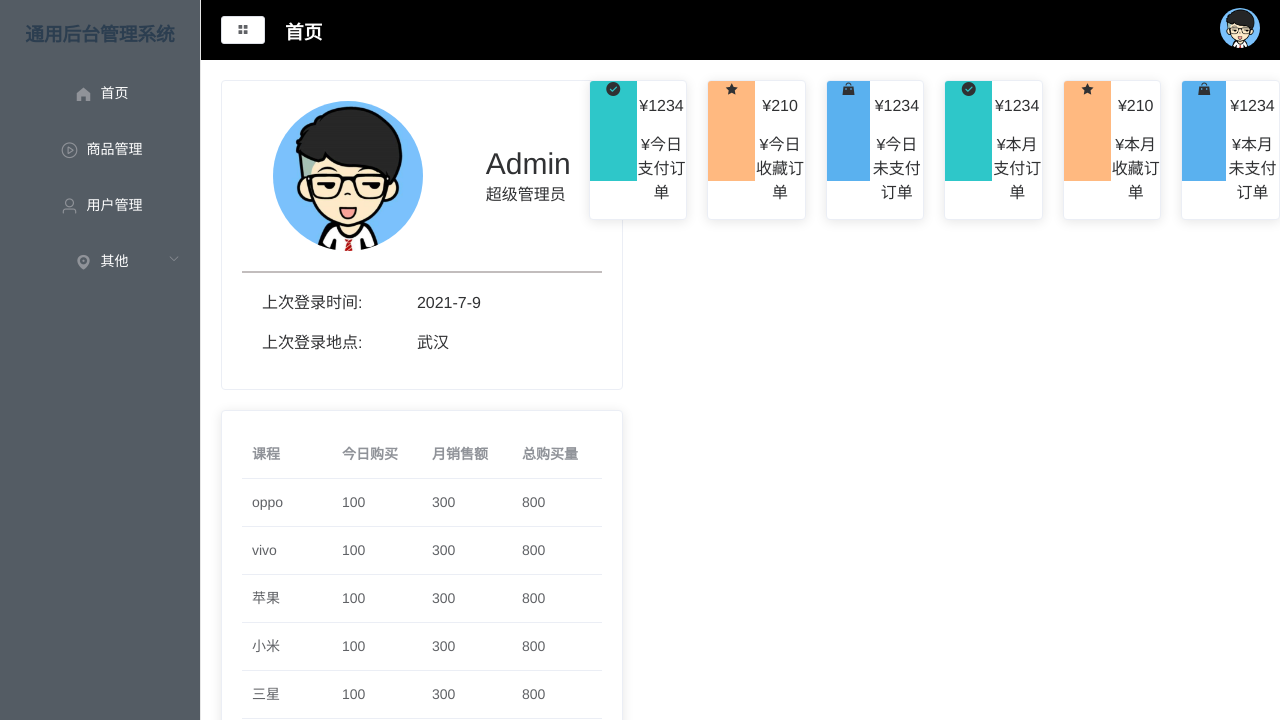
Repository: 385841539/VueStudy
Page: / (app in vue_cli/)
An editor plug-in stored every save of this project. The page is shown before and after the next save, followed by the edit.
The browser window is 1280 px wide. The pictures show the whole page.
An inner scrolling area shows only its first screen. The project was rebuilt for these pictures with package versions that can differ from the ones it lists, and the page was loaded fresh each time. Also part of the build but not shown: vue_cli/vue.config.js.

Above is the page before, as saved 2022-01-13 14:39:07.

### vue_cli/public/index.html
<!DOCTYPE html>
<html lang="">

<head>
  <meta charset="utf-8">
  <meta http-equiv="X-UA-Compatible" content="IE=edge">
  <meta name="viewport" content="width=device-width,initial-scale=1.0">
  <link rel="icon" href="<%= BASE_URL %>favicon.ico">
  <title>
    <%= htmlWebpackPlugin.options.title %>
  </title>
  <style>
    body {

      padding: 0px;
      margin: 0px;
      width: 100%;
      height: 100%;

    }
  </style>
</head>

<body>
  <noscript>
    <strong>We're sorry but <%= htmlWebpackPlugin.options.title %> doesn't work properly without JavaScript enabled.
        Please enable it to continue.</strong>
  </noscript>
  <div id="app"></div>
  <!-- built files will be auto injected -->
</body>

</html>

### vue_cli/src/main.js
import Vue from 'vue'
import App from './App.vue'
import './registerServiceWorker'
import router from './router'
import store from './store'

import ElementUI from 'element-ui';
import 'element-ui/lib/theme-chalk/index.css';

Vue.use(ElementUI);


Vue.config.productionTip = false



new Vue({
  router,
  store,
  render: h => h(App)
}).$mount('#app')

### vue_cli/src/App.vue
<template>
  <div id="app">
    <!-- <p>这是一个P段落</p>
    <el-button>按钮</el-button>
    <el-button type="info">信息</el-button>
    <el-radio v-model="radio" label="1">备选项1</el-radio>
    <el-radio v-model="radio" label="2">备选项1</el-radio>

    <div>
      <router-link to="/">去home组件</router-link>
      <router-link to="/about">去about组件</router-link>
    </div> -->

    <router-view></router-view>
  </div>
</template>
<script>


export default {
  data() {
    return {
      radio: "1",
    };
  },
};
</script>


<style lang="scss">
#app {
  font-family: Avenir, Helvetica, Arial, sans-serif;
  -webkit-font-smoothing: antialiased;
  -moz-osx-font-smoothing: grayscale;
  text-align: center;
  color: #2c3e50;
}

#nav {
  padding: 30px;

  a {
    font-weight: bold;
    color: #2c3e50;

    &.router-link-exact-active {
      color: #42b983;
    }
  }
}
</style>

### vue_cli/src/router/index.js
import Vue from 'vue'
import VueRouter from 'vue-router'
import Main from '../views/Main.vue'

Vue.use(VueRouter)

const routes = [
  {
    path: '/',
    name: 'main',
    component: Main,
    children: [

      {
        path: "/",
        name: "home",
        component: () => import('@/views/Home/Home')

      },
      {
        path: "/mall",
        name: "mall",
        component: () => import('@/views/Mall/Mall')

      },

    ]
  },
  {
    path: '/about',
    name: 'About',
    // route level code-splitting
    // this generates a separate chunk (about.[hash].js) for this route
    // which is lazy-loaded when the route is visited.
    component: () => import(/* webpackChunkName: "about" */ '../views/About.vue')
  }
]

const router = new VueRouter({
  mode: 'history',
  base: process.env.BASE_URL,
  routes
})

export default router

### vue_cli/src/store/index.js
import Vue from 'vue'
import Vuex from 'vuex'
import tab from "./tab"

Vue.use(Vuex)

export default new Vuex.Store({
  state: {
  },
  mutations: {
  },
  actions: {
  },
  modules: {
    tab
  }
})

### vue_cli/src/views/Main.vue
<template>
  <el-container style="height: 100vh">
    <el-aside width="auto">
      <CommonAside></CommonAside>
    </el-aside>
    <el-container>
      <el-header>
        <CommonHeader></CommonHeader>
      </el-header>
      <el-main>
        <router-view></router-view>
      </el-main>
    </el-container>
  </el-container>
</template>

<script>
// @ is an alias to /src
import CommonAside from "../components/CommonAside.vue";
import CommonHeader from "../components/CommonHeader.vue";

export default {
  name: "main",
  components: {
    CommonAside,
    CommonHeader,
  },
};
</script>
<style lang='scss' scoped>
.el-container {
  padding: 0px;
  max-width: 100%;
}
.el-aside {
  margin: 0px;
  padding: 0px;
}
.el-header {
  background-color: black;
  width: 100%;
  padding: 0%;
  margin: 0%;
}
.el-main {
  padding: 0px;
  height: 100%;
  width: 100%;
}
.router-view {
  padding: 0px;
  height: 100%;
  width: 100%;
}
</style>

### vue_cli/src/views/Home/Home.vue




<template>
  <div>
    <el-row :gutter="24">
      <el-col :span="8" style="margin-top: 20px">
        <el-card shadow="hover">
          <div class="user">
            <img :src="userImg" />
            <div class="userInfo">
              <p style="font-size: 30px">Admin</p>
              <p>超级管理员</p>
            </div>
          </div>

          <div class="loginInfo">
            <p>上次登录时间: <span>2021-7-9</span></p>
            <p>上次登录地点: <span>武汉</span></p>
          </div>
        </el-card>
        <el-card style="height: 470px; margin-top: 20px">
          <el-table :data="tableData">
            <el-table-column
              show-overflow-tooltip
              v-for="(value, key) in tableLabel"
              :key="key"
              :prop="key"
              :label="value"
            ></el-table-column>
          </el-table>
        </el-card>
      </el-col>
      <el-col :span="16" style="margin-top: 20px">
        <div class="num">
          <el-card
            shandow="hover"
            v-for="item in countData"
            :key="item.name"
            :body-style="{ display: 'flex', padding: 0 }"
          >
            <i
              class="icon"
              :class="`el-icon-${item.icon}`"
              :style="{ background: item.color }"
            ></i>
            <div>
              <p>¥{{ item.value }}</p>
              <p>¥{{ item.name }}</p>
            </div>
          </el-card>
        </div>
      </el-col>
    </el-row>
  </div>
</template>



<script>
export default {
  data() {
    return {
      userImg: require("../../assets/images/user.png"),
      tableData: [
        {
          name: "oppo",
          todayBuy: 100,
          monthBuy: 300,
          totalBuy: 800,
        },
        {
          name: "vivo",
          todayBuy: 100,
          monthBuy: 300,
          totalBuy: 800,
        },
        {
          name: "苹果",
          todayBuy: 100,
          monthBuy: 300,
          totalBuy: 800,
        },
        {
          name: "小米",
          todayBuy: 100,
          monthBuy: 300,
          totalBuy: 800,
        },
        {
          name: "三星",
          todayBuy: 100,
          monthBuy: 300,
          totalBuy: 800,
        },
        {
          name: "魅族",
          todayBuy: 100,
          monthBuy: 300,
          totalBuy: 800,
        },
      ],
      tableLabel: {
        name: "课程",
        todayBuy: "今日购买",
        monthBuy: "月销售额",
        totalBuy: "总购买量",
      },
      countData: [
        {
          name: "今日支付订单",
          value: 1234,
          icon: "success",
          color: "#2ec7c9",
        },
        {
          name: "今日收藏订单",
          value: 210,
          icon: "star-on",
          color: "#ffb980",
        },
        {
          name: "今日未支付订单",
          value: 1234,
          icon: "s-goods",
          color: "#5ab1ef",
        },
        {
          name: "本月支付订单",
          value: 1234,
          icon: "success",
          color: "#2ec7c9",
        },
        {
          name: "本月收藏订单",
          value: 210,
          icon: "star-on",
          color: "#ffb980",
        },
        {
          name: "本月未支付订单",
          value: 1234,
          icon: "s-goods",
          color: "#5ab1ef",
        },
      ],
    };
  },
};
</script>


<style  lang="scss" scoped>
// div {
//   background: blue;
//   height: 100%;
//   padding: 0px;
//   margin: 0px;
// }
.el-card {
  width: 400px;
  margin-left: 20px;
}

.user {
  display: flex;
  align-items: center;
  justify-content: space-around;
  border-bottom: 2px solid rgb(194, 189, 189);

  padding-bottom: 20px;
  .userInfo {
    text-align: start;

    p {
      margin: 0px;
    }
  }
  img {
    width: 150px;
    height: 150px;
    border-radius: 50%;
  }
}

.loginInfo {
  // background-color: yellowgreen;
  margin-top: 0px;
  text-align: start;
  padding-left: 20px;

  span {
    margin-left: 50px;
  }
}

.num {
  display: flex;
  padding: 0px;
  .icon{

width: 100px;
height: 100px;

  }
}
</style>

### vue_cli/src/store/tab.js
export default {


    state: {

        isCollapse: false

    },


    mutations: {

        collaspseMenu(state) {
            state.isCollapse = !state.isCollapse

        }



    }


}

### vue_cli/src/components/CommonAside.vue
<template>
  <el-menu
    class="el-menu-vertical-demo"
    :collapse="isCollapse"
    background-color="#545c64"
    text-color="#fff"
    active-text-color="#ffd04b"
  >
    <h3>{{ getName }}</h3>

    <el-menu-item
      :index="item.path"
      v-for="item in noChildren"
      :key="item.name"
      @click="clickMenu(item)"
    >
      <i :class="'el-icon-' + item.icon"></i>
      <span slot="title">{{ item.label }}</span>
    </el-menu-item>

    <el-submenu
      :index="item.label"
      v-for="item in hazChildren"
      :key="item.label"
    >
      <div slot="title">
        <i :class="'el-icon-' + item.icon"></i>
        <span>{{ item.label }}</span>
      </div>

      <el-menu-item-group>
        <el-menu-item
          v-for="(subItem, subIndex) in item.children"
          :index="subItem.path"
          :key="subIndex"
        >
          <i :class="'el-icon-' + subItem.icon"></i>
          <span slot="title">{{ subItem.label }}</span>
        </el-menu-item>
      </el-menu-item-group>
    </el-submenu>
  </el-menu>
</template>

<style>
.el-menu-vertical-demo:not(.el-menu--collapse) {
  width: 200px;
  height: 100%;
  min-height: 400px;
}

</style>


<script>
export default {
  data() {
    return {
      menu: [
        {
          path: "/",
          name: "home",
          label: "首页",
          icon: "s-home",
          url: "Home/Home",
        },
        {
          path: "/mall",
          name: "mall",
          label: "商品管理",
          icon: "video-play",
          url: "MallManage/MallManage",
        },
        {
          path: "/user",
          name: "user",
          label: "用户管理",
          icon: "user",
          url: "UserMange/UserMange",
        },
        {
          label: "其他",
          icon: "location",
          children: [
            {
              path: "/page1",
              name: "page1",
              label: "页面1",
              icon: "setting",
              url: "Other/PageOne",
            },
            {
              path: "/page2",
              name: "page2",
              label: "页面2",
              icon: "setting",
              url: "Other/PageTwo",
            },
          ],
        },
      ],
    };
  },
  methods: {
    clickMenu(item) {
      console.log(item);
      this.$router.push({ name: item.name });
    },
  },
  computed: {
    isCollapse() {
      return this.$store.state.tab.isCollapse;
    },
    getName() {
      if (this.isCollapse) return "后台";

      return "通用后台管理系统";
    },
    noChildren() {
      return this.menu.filter((item) => {
        console.log(item);
        return !item.children;
      });
    },
    hazChildren() {
      return this.menu.filter((item) => item.children);
    },
  },
};
</script>

### vue_cli/src/components/CommonHeader.vue
<template>
  <header>
    <div class="l-content">
      <el-button
        plain
        icon="el-icon-menu"
        size="mini"
        v-on:click="handleMenu"
      ></el-button>
      <h3 class="home-title">首页</h3>
    </div>

    <div class="r-content">
      <el-dropdown szie="mini" trigger="click">
        <span>
          <img :src="userImg" class="user" />
        </span>

        <el-dropdown-menu slot="dropdown">
          <el-dropdown-item>个人中心</el-dropdown-item>
          <el-dropdown-item>个人中心1</el-dropdown-item>
        </el-dropdown-menu>
      </el-dropdown>
    </div>
  </header>
</template>



<script>
export default {
  data() {
    return {
      userImg: require("../assets/images/user.png"),
    };
  },

  methods: {
    handleMenu() {
      this.$store.commit("collaspseMenu");
    },
  },
};
</script>


<style  lang="scss" scoped>
header {
  display: flex;
  height: 100%;
  width: 100%;
  align-items: center;
  justify-content: space-between;
  padding: 0;
  margin: 0;
}

.home-title {
  color: white;
}

.l-content {
  display: flex;
  align-items: center;
  margin-left: 20px;
  .el-button {
    margin-right: 20px;
  }
}

.r-content {
  .user {
    width: 40px;
    height: 40px;
    border-radius: 50%;
    margin-right: 20px;
  }
}
</style>

Loaded but not shown: vue_cli/src/registerServiceWorker.js (common file)

After the next save:
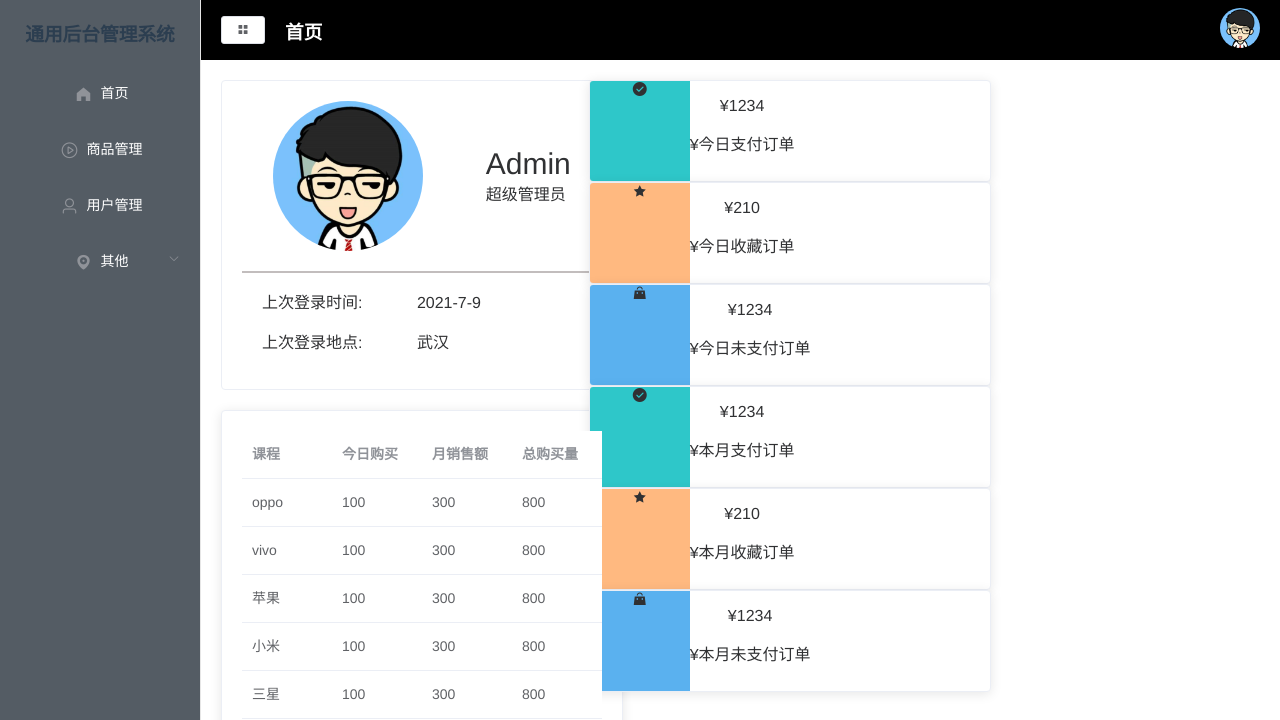
Saved 56 s later.
--- a/vue_cli/src/views/Home/Home.vue
+++ b/vue_cli/src/views/Home/Home.vue
@@ -198,11 +198,10 @@ export default {
 .num {
   display: flex;
   padding: 0px;
-  .icon{
-
-width: 100px;
-height: 100px;
-
+  flex-wrap: wrap;
+  .icon {
+    width: 100px;
+    height: 100px;
   }
 }
 </style>
